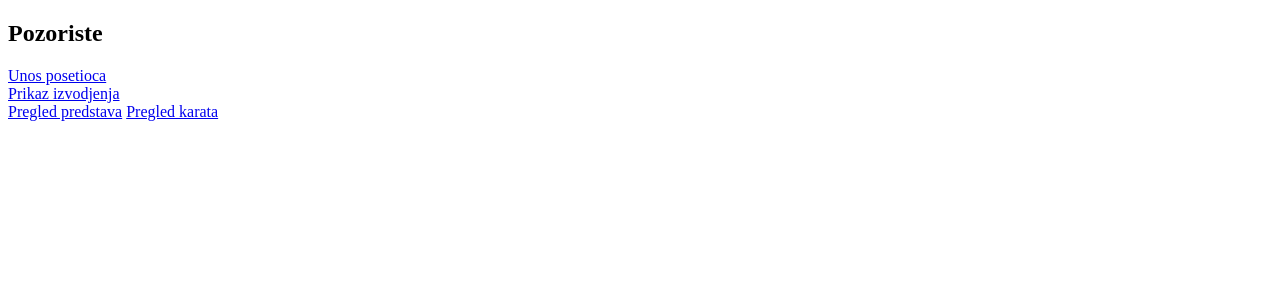
Repository: bojanludajic/Razvoj-Informacionih-Sistema
Page: SpringPozoriste/PozoristeWEB/src/main/webapp/index.html
These files come from the project's save history. The page is drawn as it stood at one moment and after the next save; the edit follows.
The browser window is 1280 px wide. The pictures show the whole page.

Above is the page before, as saved 2024-11-11 17:45:43.

After the next save:
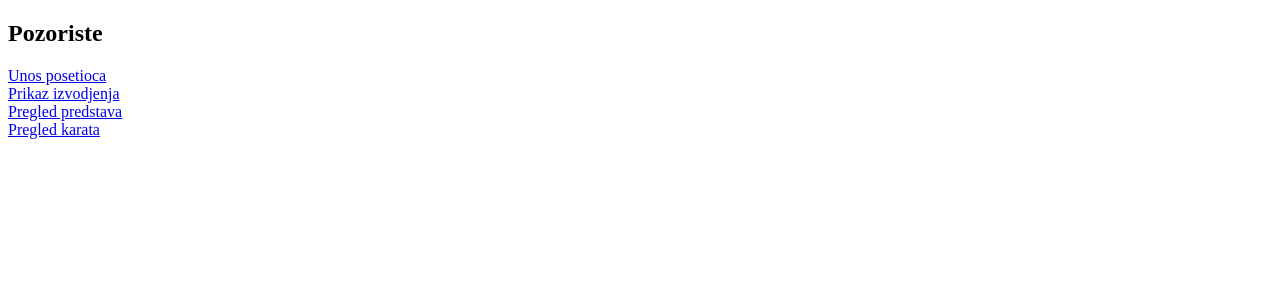
Saved 33 s later.
--- a/SpringPozoriste/PozoristeWEB/src/main/webapp/index.html
+++ b/SpringPozoriste/PozoristeWEB/src/main/webapp/index.html
@@ -11,7 +11,8 @@
 	<a href="/Pozoriste/PrikazIzvodjenja.jsp">Prikaz izvodjenja</a>
 	<br>
 	<a href="/Pozoriste/predstave/getZanrovi">Pregled predstava</a>
+		<br>
+
 	<a href="/Pozoriste/karte/getKarte">Pregled karata</a>
-	<br>
 </body>
 </html>
